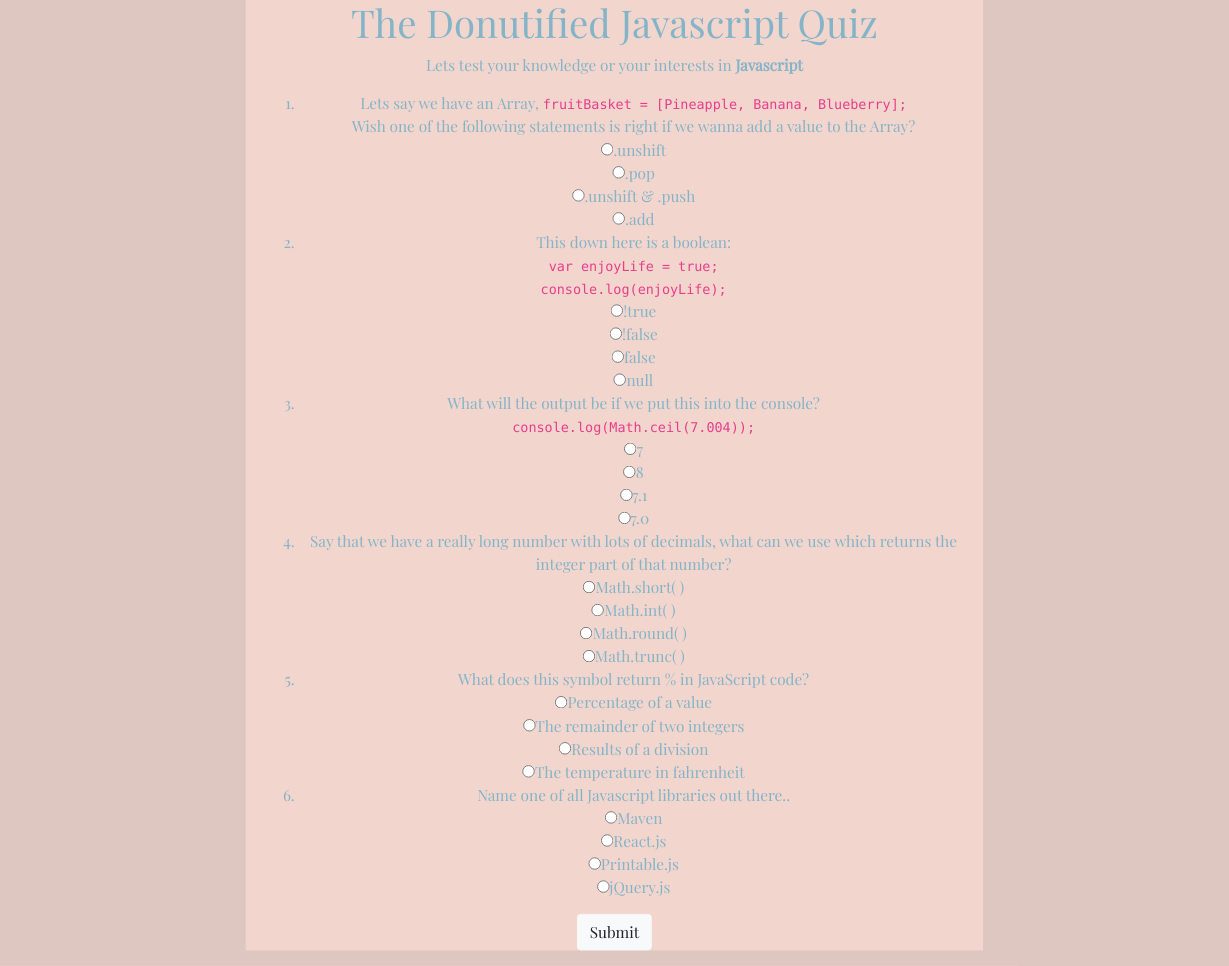
Repository: CharlotteAneriksson/donutQuiz
Page: index.html
The author's editor kept a record of every edit. The page is drawn from the files as they stood at one moment, then again after the next edit.
The browser window is 1280 px wide. The pictures show the whole page, at 96% of full size.

Above is the page before.

After the next edit:
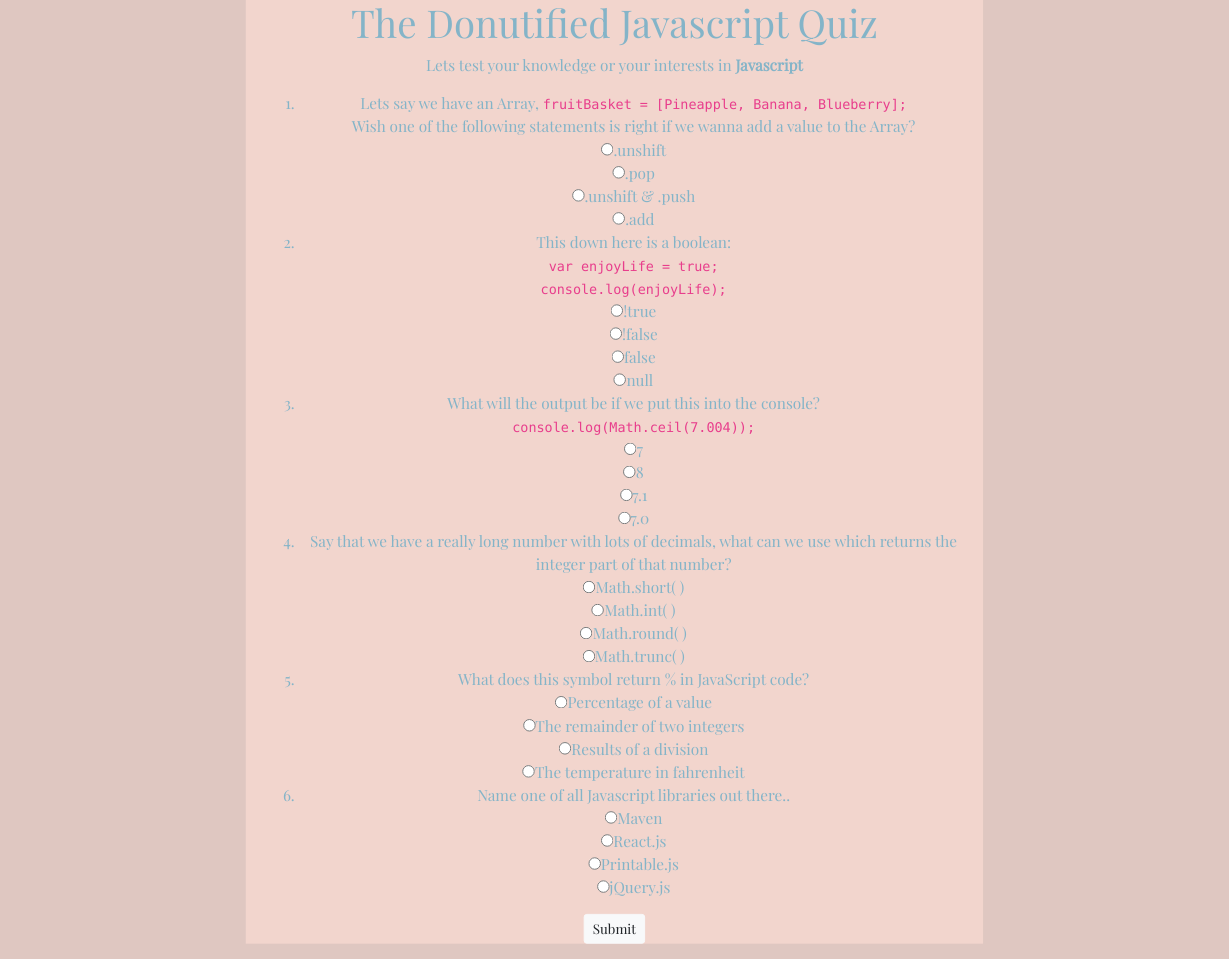
The edit:
--- a/index.html
+++ b/index.html
@@ -75,7 +75,7 @@
                     </li>
                 </ol>
 
-                <button type="button" id="submit" class="btn btn-light" onclick="check();">Submit</button>
+                <button type="button" id="submit" class="btn btn-light btn-sm" onclick="check();">Submit</button>
             </form>
             <div id="submit-messege">
                 <p id="correct-score"></p>
